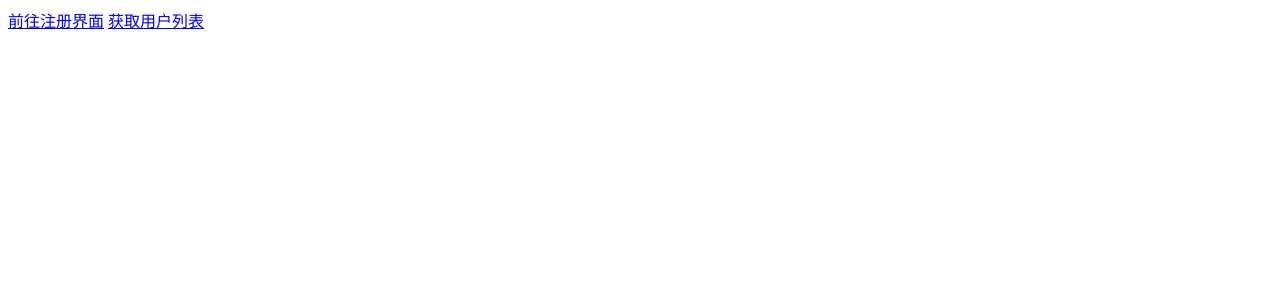
Repository: yanbin0061/JAVA
Page: http://localhost/struts_register/
These files come from the project's save history. The page is drawn as it stood at one moment and after the next save; the edit follows.
The browser window is 1280 px wide. The pictures show the whole page.
The page is served by Tomcat 9.

Above is the page before, as saved 2017-04-07 04:05:56.

After the next save:
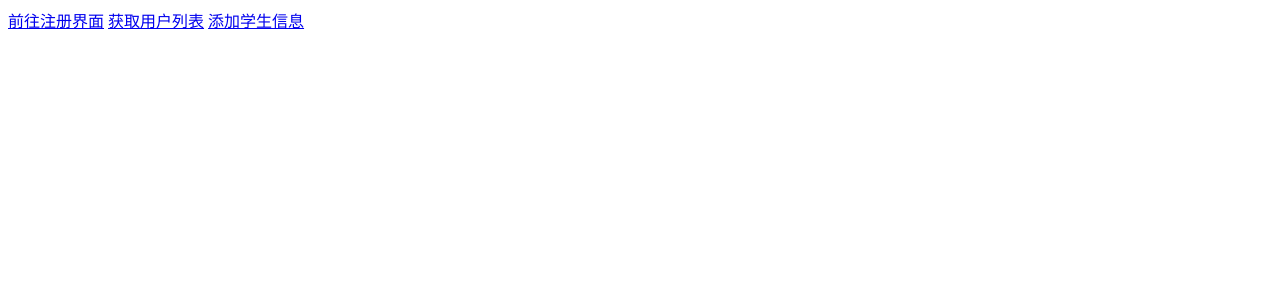
Saved 2 min 29 s later.
--- a/taotaoProgram/javaTest/struts_register/WebContent/index.jsp
+++ b/taotaoProgram/javaTest/struts_register/WebContent/index.jsp
@@ -8,5 +8,6 @@
 <body>
 <a href="${pageContext.request.contextPath}/register1.jsp">前往注册界面</a>
 <a href="${pageContext.request.contextPath}/findAll.action">获取用户列表</a>
+<a href="${pageContext.request.contextPath}/addStudent.action">添加学生信息</a>
 </body>
 </html>
